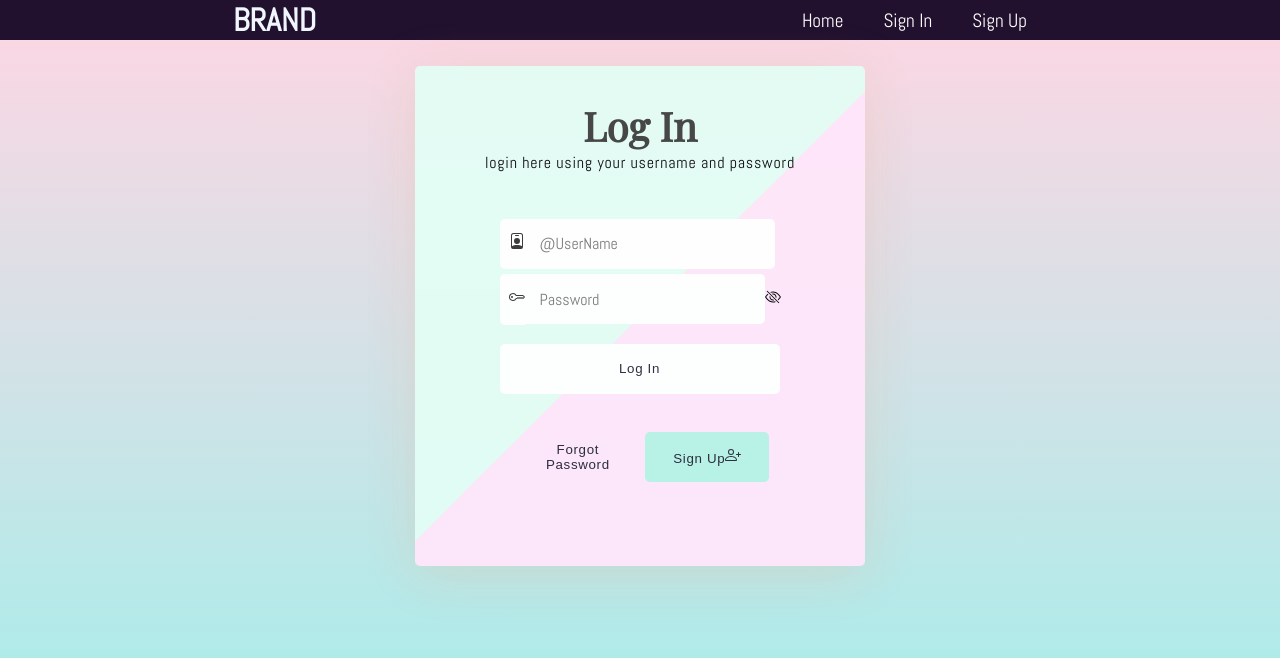
Repository: code-mtaani/ojwang-frontend
Page: /signup
These files come from the project's save history. The page is drawn as it stood at one moment and after a run of saves; the edit follows.
The browser window is 1280 px wide. The pictures show the whole page.
Some web fonts or font styles are not loaded; a fallback is used. The project was rebuilt for these pictures with package versions that can differ from the ones it lists, and the page was loaded fresh each time. Also part of the build but not shown: vite.config.ts, src/Pages/HomePage/Home.pages.tsx, src/Pages/SignIn/SignIn.pages.tsx.

Above is the page before, as saved 2023-02-01 10:15:59.

### src/App.tsx
import { BrowserRouter as Router, Routes, Route } from "react-router-dom";

import Navigation from "./Components/Nav";
import Home from './Pages/HomePage'
import SignIn from "./Pages/SignIn";
import SignUp from "./Pages/SignUp"

function App() {
  return (
    <Router>
      <div className="App">
        <Navigation />
        <Routes>
          <Route path="/" element={<Home />} />
          <Route path="/signin" element={<SignIn/>} />
          <Route path="/signup" element={<SignUp/>} />
        </Routes>
      </div>
    </Router>
  );
}

export default App;

### src/index.css
body {
  margin: 0;
  padding: 0;
  min-width: 320px;
  min-height: 100vh;
  box-sizing: border-box;
}

### src/Components/Nav/index.js
export {default} from './Navigation.component'

### src/Pages/HomePage/index.ts
export { default } from "./Home.pages";

### src/Pages/SignIn/index.ts
export { default } from './SignIn.pages'

### src/Pages/SignUp/index.ts
export {default} from './SignUp.pages'

### src/Components/Nav/Navigation.component.tsx
import React from "react";
import {Link} from "react-router-dom"
import './nav.css'

const Navigation = () => {
  return (
    <nav className="navbar">
      <div className="left">
        <h1><Link to="/"> BRAND </Link></h1>
      </div>

      <div className="right">
        <input type="checkbox" id="check" />
        <label htmlFor="check" className="checkBtn">
          <svg
            xmlns="http://www.w3.org/2000/svg"
            width="30"
            height="30"
            fill="currentColor"
            className="bi bi-justify"
            viewBox="0 0 16 16"
          >
            <path
              fillRule="evenodd"
              d="M2 12.5a.5.5 0 0 1 .5-.5h11a.5.5 0 0 1 0 1h-11a.5.5 0 0 1-.5-.5zm0-3a.5.5 0 0 1 .5-.5h11a.5.5 0 0 1 0 1h-11a.5.5 0 0 1-.5-.5zm0-3a.5.5 0 0 1 .5-.5h11a.5.5 0 0 1 0 1h-11a.5.5 0 0 1-.5-.5zm0-3a.5.5 0 0 1 .5-.5h11a.5.5 0 0 1 0 1h-11a.5.5 0 0 1-.5-.5z"
            />
          </svg>
        </label>

        <ul className="list">
          <li> <Link to="/">Home</Link></li>
          <li> <Link to="/signin">Sign In</Link></li>
          <li> <Link to="signup">Sign Up</Link></li>
        </ul>
      </div>
    </nav>
  );
};

export default Navigation;

### src/Pages/SignUp/SignUp.pages.tsx
import React from "react";
import "./Signup.css";

const SignUp = () => {
  return (
    <div className="overlay">
      <form>
        {/* con = Container  for items in the form */}
        <div className="con">
          {/* <!--     Start  header Content  --> */}
          <header className="head-form">
            <h2>Log In</h2>
            {/* <!--     A welcome message or an explanation of the login form --> */}
            <p>login here using your username and password</p>
          </header>
          {/* End  header Content */}
          <br />
          <div className="field-set">
            {/*user name */}
            <span className="input-item">
              <svg
                xmlns="http://www.w3.org/2000/svg"
                width="16"
                height="16"
                fill="currentColor"
                className="bi bi-person-badge"
                viewBox="0 0 16 16"
              >
                <path d="M6.5 2a.5.5 0 0 0 0 1h3a.5.5 0 0 0 0-1h-3zM11 8a3 3 0 1 1-6 0 3 3 0 0 1 6 0z" />
                <path d="M4.5 0A2.5 2.5 0 0 0 2 2.5V14a2 2 0 0 0 2 2h8a2 2 0 0 0 2-2V2.5A2.5 2.5 0 0 0 11.5 0h-7zM3 2.5A1.5 1.5 0 0 1 4.5 1h7A1.5 1.5 0 0 1 13 2.5v10.795a4.2 4.2 0 0 0-.776-.492C11.392 12.387 10.063 12 8 12s-3.392.387-4.224.803a4.2 4.2 0 0 0-.776.492V2.5z" />
              </svg>
            </span>
            {/* user name Input */}
            <input
              className="form-input"
              id="txt-input"
              type="text"
              placeholder="@UserName"
              required
            />

            <br />

            {/*Password */}

            <span className="input-item">
              <svg
                xmlns="http://www.w3.org/2000/svg"
                width="16"
                height="16"
                fill="currentColor"
                className="bi bi-key"
                viewBox="0 0 16 16"
              >
                <path d="M0 8a4 4 0 0 1 7.465-2H14a.5.5 0 0 1 .354.146l1.5 1.5a.5.5 0 0 1 0 .708l-1.5 1.5a.5.5 0 0 1-.708 0L13 9.207l-.646.647a.5.5 0 0 1-.708 0L11 9.207l-.646.647a.5.5 0 0 1-.708 0L9 9.207l-.646.647A.5.5 0 0 1 8 10h-.535A4 4 0 0 1 0 8zm4-3a3 3 0 1 0 2.712 4.285A.5.5 0 0 1 7.163 9h.63l.853-.854a.5.5 0 0 1 .708 0l.646.647.646-.647a.5.5 0 0 1 .708 0l.646.647.646-.647a.5.5 0 0 1 .708 0l.646.647.793-.793-1-1h-6.63a.5.5 0 0 1-.451-.285A3 3 0 0 0 4 5z" />
                <path d="M4 8a1 1 0 1 1-2 0 1 1 0 0 1 2 0z" />
              </svg>
            </span>
            {/*Password Input */}
            <input
              className="form-input"
              type="password"
              placeholder="Password"
              id="pwd"
              name="password"
              required
            />

            {/*  Show/hide password */}
            <span>
              <svg
                xmlns="http://www.w3.org/2000/svg"
                width="16"
                height="16"
                fill="currentColor"
                className="bi bi-eye-slash"
                viewBox="0 0 16 16"
              >
                <path d="M13.359 11.238C15.06 9.72 16 8 16 8s-3-5.5-8-5.5a7.028 7.028 0 0 0-2.79.588l.77.771A5.944 5.944 0 0 1 8 3.5c2.12 0 3.879 1.168 5.168 2.457A13.134 13.134 0 0 1 14.828 8c-.058.087-.122.183-.195.288-.335.48-.83 1.12-1.465 1.755-.165.165-.337.328-.517.486l.708.709z" />
                <path d="M11.297 9.176a3.5 3.5 0 0 0-4.474-4.474l.823.823a2.5 2.5 0 0 1 2.829 2.829l.822.822zm-2.943 1.299.822.822a3.5 3.5 0 0 1-4.474-4.474l.823.823a2.5 2.5 0 0 0 2.829 2.829z" />
                <path d="M3.35 5.47c-.18.16-.353.322-.518.487A13.134 13.134 0 0 0 1.172 8l.195.288c.335.48.83 1.12 1.465 1.755C4.121 11.332 5.881 12.5 8 12.5c.716 0 1.39-.133 2.02-.36l.77.772A7.029 7.029 0 0 1 8 13.5C3 13.5 0 8 0 8s.939-1.721 2.641-3.238l.708.709zm10.296 8.884-12-12 .708-.708 12 12-.708.708z" />
              </svg>
            </span>

            <br />
            {/*  buttons */}
            {/*button LogIn */}
            <button className="log-in"> Log In </button>
          </div>

          {/* other buttons */}
          <div className="other">
            {/* Forgot Password button */}
            <button className="btn submits frgt-pass">Forgot Password</button>
            {/* Sign Up button */}
            <button className="btn submits sign-up">
              Sign Up
              {/* Sign Up font icon */}
              <svg
                xmlns="http://www.w3.org/2000/svg"
                width="16"
                height="16"
                fill="currentColor"
                className="bi bi-person-plus"
                viewBox="0 0 16 16"
              >
                <path d="M6 8a3 3 0 1 0 0-6 3 3 0 0 0 0 6zm2-3a2 2 0 1 1-4 0 2 2 0 0 1 4 0zm4 8c0 1-1 1-1 1H1s-1 0-1-1 1-4 6-4 6 3 6 4zm-1-.004c-.001-.246-.154-.986-.832-1.664C9.516 10.68 8.289 10 6 10c-2.29 0-3.516.68-4.168 1.332-.678.678-.83 1.418-.832 1.664h10z" />
                <path
                  fillRule="evenodd"
                  d="M13.5 5a.5.5 0 0 1 .5.5V7h1.5a.5.5 0 0 1 0 1H14v1.5a.5.5 0 0 1-1 0V8h-1.5a.5.5 0 0 1 0-1H13V5.5a.5.5 0 0 1 .5-.5z"
                />
              </svg>
            </button>
            {/* End Other the Division */}
          </div>

          {/* End Conrainer */}
        </div>

        {/* End Form */}
      </form>
    </div>
  );
};

export default SignUp;

### src/Components/Nav/nav.css
.navbar{
    background-color: rgb(22,7,36);
    display: flex;
    justify-content: space-around;
    align-items: center;
    /* line-height: 5rem; */
}

.left h1{
    font-size: 2rem;
    cursor: pointer;
}
.left h1 a{
    text-decoration: none;
    color: aliceblue;
}

.checkBtn{
    display: none;
}
#check{
    display: none;
}
.checkBtn{
    cursor: pointer;
    font-size: 30px;
    float: right;
    color: #ed1e79;
    line-height: 88px;
}

.right ul{
    display: flex;
    list-style: none;
}
.right ul li a {
    padding: 10px 20px;
    font-size: 1.2rem;
    color: white;
    cursor: pointer;
    text-decoration: none;
    transition: all 1s;
}

.right ul li a:hover{
    background-color: #fff;
    border-radius: 7px;
    color: rgb(22, 7, 36);
    margin-left: 4px ;
    margin-right: 4px ;
}

/* ================================== Media Queries=================================================== */

@media screen and (max-width:805px){
    .list{
        width: 100%;
        height: 100vh;
        background-color: rgb(22, 7, 36);
        text-align: center;
        display: flex;
        flex-direction: column;
        position: fixed;
        top: 5rem;
        left: 100%;
        transition: all 1s;
    }

    #check{
        display: none;
    }
    .checkBtn{
        display: block;
    }
    #check:checked~ul{
        left: 0%
    }
}

### src/Pages/SignUp/Signup.css
@import url('https://fonts.googleapis.com/css?family=Abel|Abril+Fatface|Alegreya|Arima+Madurai|Dancing+Script|Dosis|Merriweather|Oleo+Script|Overlock|PT+Serif|Pacifico|Playball|Playfair+Display|Share|Unica+One|Vibur');
/* End Fonts */
/* Start Global rules */
* {
    padding: 0;
    margin: 0;
    box-sizing: border-box;
}
/* End Global rules */

/* Start body rules */
body {
    background-image: linear-gradient(-225deg, #E3FDF5 0%, #FFE6FA 100%);
background-image: linear-gradient(to top, #a8edea 0%, #fed6e3 100%);
background-attachment: fixed;
  background-repeat: no-repeat;

    font-family: 'Vibur', cursive;
/*   the main font */
    font-family: 'Abel', sans-serif;
opacity: .95;
/* background-image: linear-gradient(to top, #d9afd9 0%, #97d9e1 100%); */
}



/* |||||||||||||||||||||||||||||||||||||||||||||*/
/* //////////////////////////////////////////// */




/* End body rules */

/* Start form  attributes */
form {
    width: 450px;
    min-height: 500px;
    height: auto;
    border-radius: 5px;
    margin: 2% auto;
    box-shadow: 0 9px 50px hsla(20, 67%, 75%, 0.31);
    padding: 2%;
    background-image: linear-gradient(-225deg, #E3FDF5 50%, #FFE6FA 50%);
}
/* form Container */
form .con {
    display: -webkit-flex;
    display: flex;

    -webkit-justify-content: space-around;
    justify-content: space-around;

    -webkit-flex-wrap: wrap;
    flex-wrap: wrap;

      margin: 0 auto;
}

/* the header form form */
header {
    margin: 2% auto 10% auto;
    text-align: center;
}
/* Login title form form */
header h2 {
    font-size: 250%;
    font-family: 'Playfair Display', serif;
    color: #3e403f;
}
/*  A welcome message or an explanation of the login form */
header p {letter-spacing: 0.05em;}



/* //////////////////////////////////////////// */
/* //////////////////////////////////////////// */


.input-item {
    background: #fff;
    color: #333;
    padding: 14.5px 0px 15px 9px;
    border-radius: 5px 0px 0px 5px;
}



/* Show/hide password Font Icon */
#eye {
    background: #fff;
    color: #333;

    margin: 5.9px 0 0 0;
    margin-left: -20px;
    padding: 15px 9px 19px 0px;
    border-radius: 0px 5px 5px 0px;

    float: right;
    position: relative;
    right: 1%;
    top: -.2%;
    z-index: 5;

    cursor: pointer;
}
/* inputs form  */
input[class="form-input"]{
    width: 240px;
    height: 50px;

    margin-top: 2%;
    padding: 15px;

    font-size: 16px;
    font-family: 'Abel', sans-serif;
    color: #5E6472;

    outline: none;
    border: none;

    border-radius: 0px 5px 5px 0px;
    transition: 0.2s linear;

}
input[id="txt-input"] {width: 250px;}
/* focus  */
input:focus {
    transform: translateX(-2px);
    border-radius: 5px;
}

/* //////////////////////////////////////////// */
/* //////////////////////////////////////////// */

/* input[type="text"] {min-width: 250px;} */
/* buttons  */
button {
    display: inline-block;
    color: #252537;

    width: 280px;
    height: 50px;

    padding: 0 20px;
    background: #fff;
    border-radius: 5px;

    outline: none;
    border: none;

    cursor: pointer;
    text-align: center;
    transition: all 0.2s linear;

    margin: 7% auto;
    letter-spacing: 0.05em;
}
/* Submits */
.submits {
    width: 48%;
    display: inline-block;
    float: left;
    margin-left: 2%;
}

/*       Forgot Password button FAF3DD  */
.frgt-pass {background: transparent;}

/*     Sign Up button  */
.sign-up {background: #B8F2E6;}


/* buttons hover */
button:hover {
    transform: translatey(3px);
    box-shadow: none;
}

/* buttons hover Animation */
button:hover {
    animation: ani9 0.4s ease-in-out infinite alternate;
}
@keyframes ani9 {
    0% {
        transform: translateY(3px);
    }
    100% {
        transform: translateY(5px);
    }
}

Loaded but not shown: index.html (common file); src/main.tsx (common file)

After the next 2 saves:
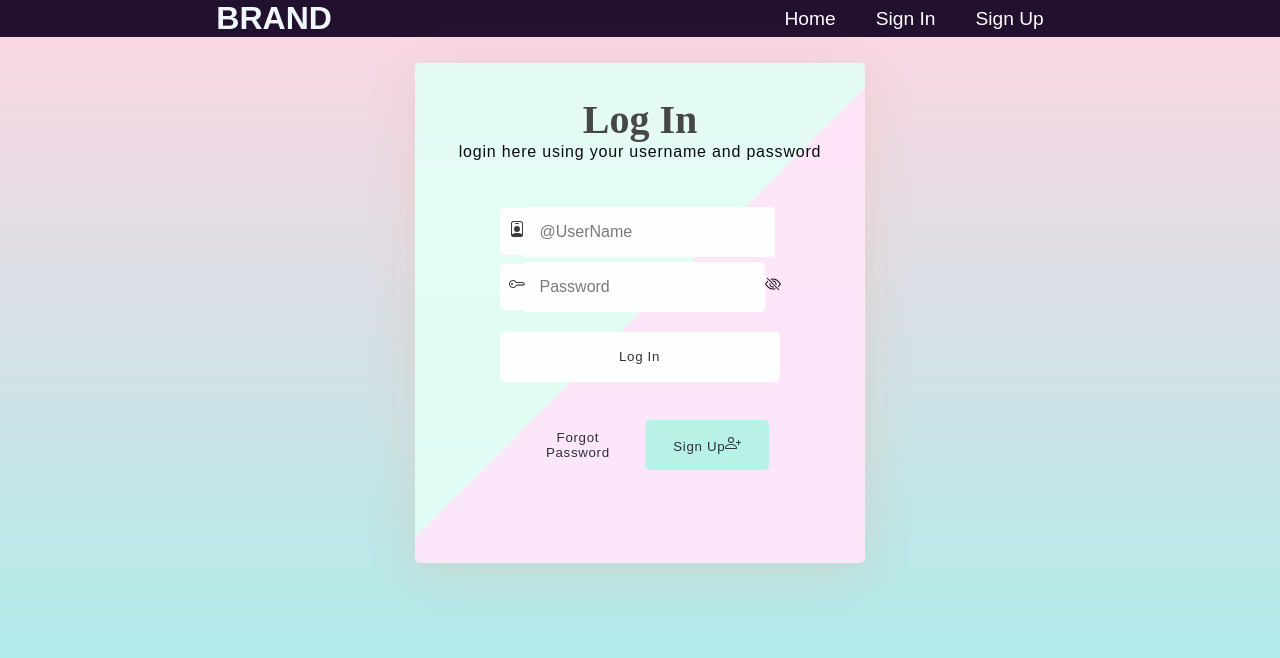
The 2 saves are shown as one change because they came seconds apart.
The last was saved 63 s later.
--- a/src/Pages/SignUp/Signup.css
+++ b/src/Pages/SignUp/Signup.css
@@ -1,6 +1,4 @@
-@import url('https://fonts.googleapis.com/css?family=Abel|Abril+Fatface|Alegreya|Arima+Madurai|Dancing+Script|Dosis|Merriweather|Oleo+Script|Overlock|PT+Serif|Pacifico|Playball|Playfair+Display|Share|Unica+One|Vibur');
-/* End Fonts */
-/* Start Global rules */
+
 * {
     padding: 0;
     margin: 0;
